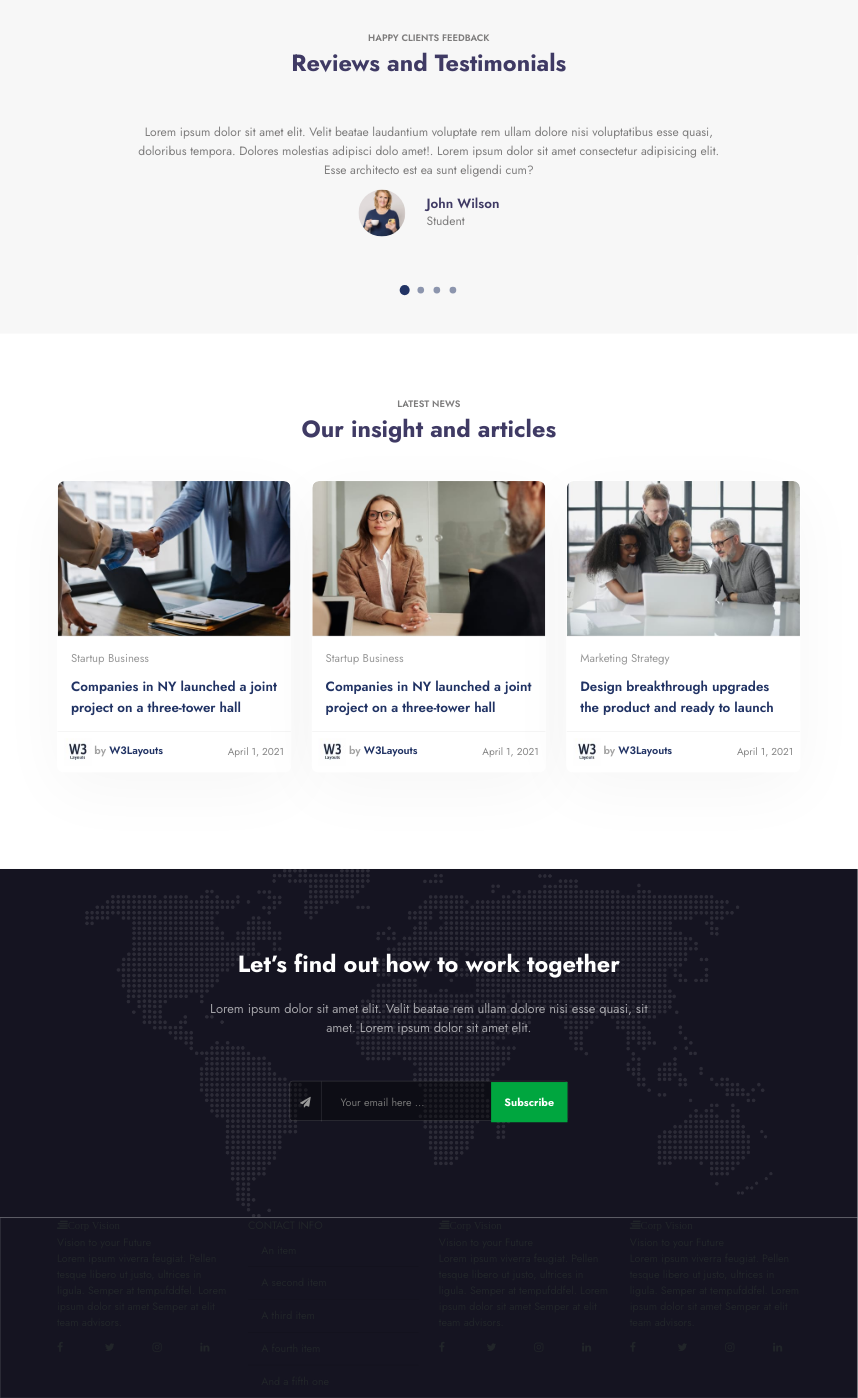
Repository: khaipnp/corpvision
Page: index.html
An editor plug-in stored every save of this project. The page is shown before and after the next save, followed by the edit.
The browser window is 1280 px wide. The pictures show the whole page, at 67% of full size.

Above is the page before, as saved 2021-07-04 12:47:30.

After the next save:
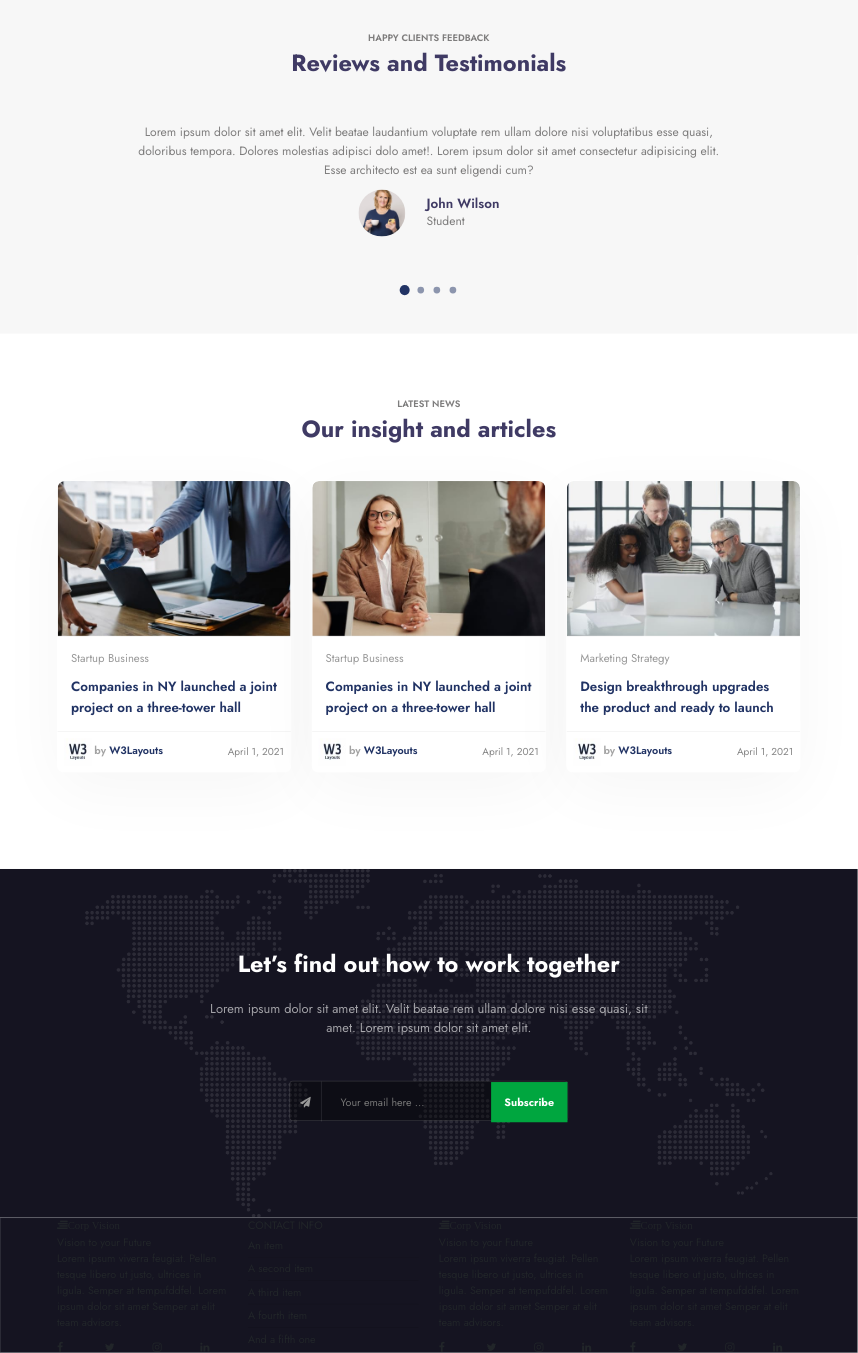
Saved 42 s later.
--- a/css/main.css
+++ b/css/main.css
@@ -235,6 +235,7 @@ footer {
   border: 1px solid rgb(255, 255, 255, 0.15);
 }
 
-.list-group-item {
+.footer__content .list-group-item {
   background-color: transparent !important;
-}
+  padding: 5px 0 !important;
+}
